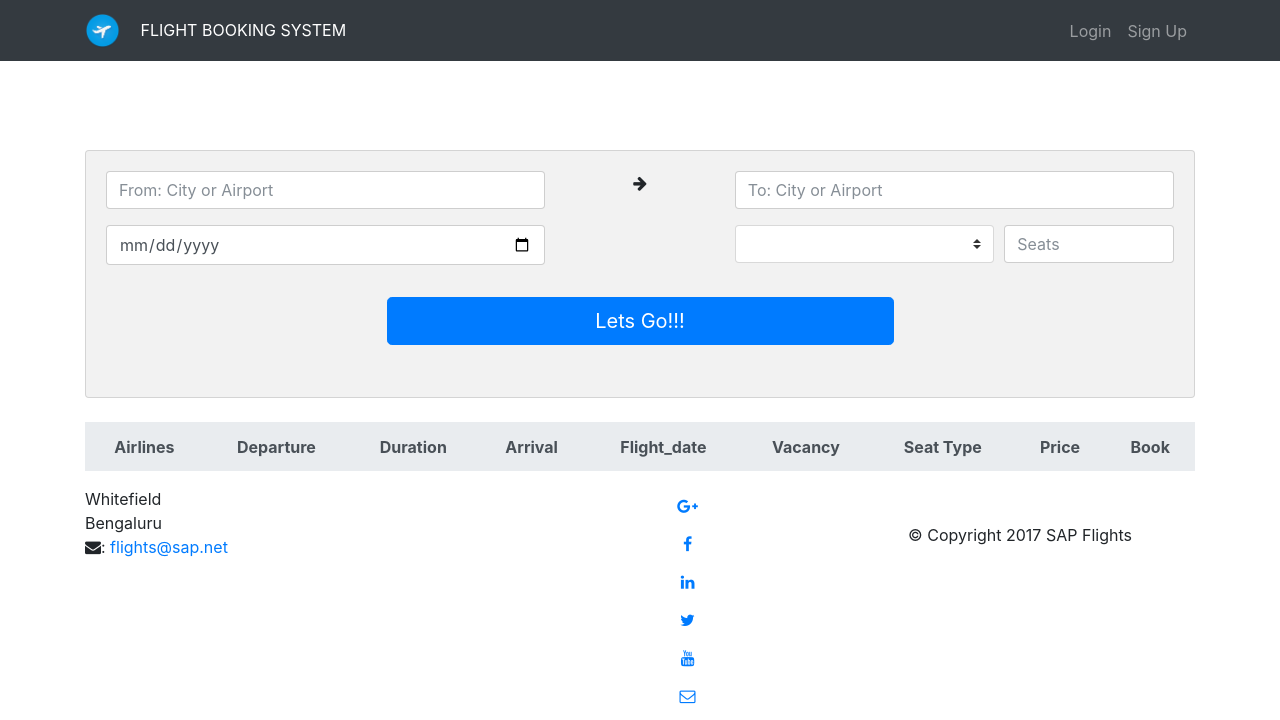
Repository: yashtatia/Spring-Practice
Page: http://localhost/FitnessTracker/WEB-INF/jsp/flightpage.jsp
The author's editor kept a copy of each file at every save. The page is drawn from the files as they stood at one save, then again after the next save.
The browser window is 1280 px wide. The pictures show the whole page.
Some web libraries are served in a nearby version. The page is served by Tomcat 9. Nobody is signed in. Other server files are loaded and not shown. The template is opened directly, without the code that normally fills it, so the values that code supplies are empty.

Above is the page before, as saved 2017-09-05 20:27:40.

### FitnessTracker/src/main/webapp/WEB-INF/jsp/flightpage.jsp
<%@ taglib prefix="c" uri="http://java.sun.com/jsp/jstl/core"%>
<%@ taglib prefix="form" uri="http://www.springframework.org/tags/form" %>
<%@ taglib prefix="spring" uri="http://www.springframework.org/tags" %>

	<jsp:include page="header.jsp" />

	<style type="text/css">
		.table td, .table th {
			text-align: center;
			align-items: center;
			align-content: center;
		}
		table:hover {
			border-color:  #808080;
			border-top-width: 1 px;
		}
	</style>


	<div class="container" style="margin-top:150px;">
		<div class="card" style="background-color: #f2f2f2;" >
			<div class="card-body">
				<form:form modelAttribute="flightSearch" method="POST" >
					<div class="form-row">
						<div class="form-group col-md-5">
								<form:input path="source_airport" class="input-large form-control" type="text" placeholder="From: City or Airport" name="source_id" id="source_id" value="${flightSearch.source_airport}" />
						</div>
						<div class="form-group col-md-2">
							<div id="city_reverse" align="center" style="cursor:pointer;">
								<i class="fa fa-arrow-right" aria-hidden="true"></i>
							</div>
						</div>
						<div class="form-group col-md-5">
								<form:input path="destination_airport" class="input-large form-control" type="text" placeholder="To: City or Airport" name="destination_id" id="destination_id" value="${flightSearch.destination_airport}" />
						</div>
					</div>
					<div class="form-row">
						<div class="form-group col-md-5">
							<form:input path="flight_date" class="input-large form-control" type="date" name="flight_date" data-date-inline-picker="true" value="${flightSearch.flight_date}"/>
						</div>
						<div class="col-md-2">

						</div>
						<div class="col-md-3 form-group">
								<form:select id="seat_classes" path="seat_class" class="custom-select mb-2 mr-sm-2 mb-sm-0 form-control" name="seat_type" value="${flightSearch.seat_class}">
									<form:options items="${seats}" itemLabel="description" itemValue="seat_type"/>
								</form:select>
						</div>
						<div class="col-md-2 form-group">
							<form:input path="seats" class="input-large form-control" type="number" name="seats" data-date-inline-picker="true" placeholder="Seats" value="${flightSearch.seats}" min="1"/>
						</div>
					</div>

					<div class="form-row">
						<div class="form-group col-md-6 mx-auto p-3">
							<button type="submit" class="btn btn-lg btn-block btn-primary" name="flightSearchFormSubmit" value="SEARCH">Lets Go!!!</button>
						</div>
					</div>
				</form:form>
			</div>
		</div>
	</div>
	<div class="container">
		<br/>
		<div class="row row-content">
			<div class="col-lg-12 " >
				<table class="table table-striped table-hover">
					<tr class="thead-default">
						<th>Airlines</th>
						<th>Departure</th>
						<th>Duration</th>
						<th>Arrival</th>
						<th>Flight_date</th>
						<th>Vacancy</th>
						<th>Seat Type</th>
						<th>Price</th>
						<th>Book</th>
					</tr>
					<c:forEach items="${flightsReport}" var="flightReport">
						<tr>
							<td>${flightReport.carrier.carrier_name}</td>
							<td>
								<table style="border: none; padding: none;" >
									<tr>
										<td>${flightReport.departure.airport_id} ${flightReport.departure_time}</td>
									</tr>
									<tr>
										<td>${flightReport.departure.airport_name}, India</td>
									</tr>
								</table>
							</td>
							<td>${flightReport.duration}</td>
							<td>
								<table style="border: none; padding-left: 2px:;">
									<tr>
										<td>${flightReport.arrival.airport_id} ${flightReport.arrival_time}</td>
									</tr>
									<tr>
										<td>${flightReport.arrival.airport_name}, India</td>
									</tr>
								</table>
							</td>
							<td>${flightReport.flight_date}</td>
							<td>${flightReport.vacancy}</td>
							<td>${flightReport.seat_type.description}</td>
							<td>${flightReport.price}</td>

							<form:form modelAttribute="flightSelected" action="flightWeWishToFly.html" method="POST">
								<form:hidden path="flight_id" value="${flightReport.flight_id}" />
								<form:hidden path="route_id" value="${flightReport.route_id}" />
								<form:hidden path="departure_id" value="${flightReport.departure.airport_id}" />
								<form:hidden path="departure" value="${flightReport.departure.airport_name}" />
								<form:hidden path="arrival_id" value="${flightReport.arrival.airport_id}" />
								<form:hidden path="arrival" value="${flightReport.arrival.airport_name}" />
								<form:hidden path="user_air_miles" value="${userForm.air_miles}" />
								<form:hidden path="airline" value="${flightReport.carrier.carrier_name}" />
								<form:hidden path="flight_date" value="${flightReport.flight_date}" />
								<form:hidden path="departure_time" value="${flightReport.departure_time}" />
								<form:hidden path="arrival_time" value="${flightReport.arrival_time}" />
								<form:hidden path="duration" value="${flightReport.duration}" />
								<form:hidden path="price" value="${flightReport.price}" />
								<form:hidden path="seat_class" value="${flightReport.seat_type.description}" />
								<form:hidden path="seat_class_abbrev" value="${flightReport.seat_type.seat_type}" />
								<form:hidden path="seats" value="${flightSearch.seats}" />
								<td><button type="submit" class="btn btn-large btn-warning">Book Now</button></td>
							</form:form>

						</tr>
					</c:forEach>
				</table>

			</div>
		</div>
	</div>
	<jsp:include page="footer.jsp" />

	<script type="text/javascript">
		$(document).ready(function(){
			$("#city_reverse").on("click" , function(){
				var source = $("#source_id").val();
				var destination = $("#destination_id").val();
				$("#source_id").val(destination);
				$("#destination_id").val(source);
			});

			$("#city_reverse").mouseenter(function(){
				$("#city_reverse > span").removeClass("fa fa-arrow-right");
				$("#city_reverse > span").addClass("fa fa-arrow-left");
			});
			$("#city_reverse").mouseleave(function(){
				$("#city_reverse > span").removeClass("fa fa-arrow-left");
				$("#city_reverse > span").addClass("fa fa-arrow-right");
			});
		});
	</script>
<!-- 	<script type="text/javascript">
		$(document).ready(
			function() {
				$.getJSON('<spring:url value="seat_classes.json"/>', {
					ajax : 'true'
				}, function(data){
					var html = '<option value="">--Please select one--</option>';
					var len = data.length;
					for (var i = 0; i < len; i++) {
						html += '<option value="' + data[i].seat_type + '">'
								+ data[i].description + '</option>';
					}
					html += '</option>';

					$('#seat_classes').html(html);
				});

			});

	</script> -->
	<script type="text/javascript">
		$( function() {
			console.log( "document Ready!" );

			// $('#source_id').autocomplete("flightSearchHelpAjax.jsp");
			// $(this.target).find('source_id').autocomplete({
			$("#source_id").autocomplete({
				source: function (request, response) {
		            $.getJSON('<spring:url value="flightAjax.json"/>', request, function(result) {
		                response($.map(result, function(item) {
		                    return {
		                        // following property gets displayed in drop down
		                        value: item.airport_id + " - " + item.airport_name ,
		                        // following property gets entered in the textbox
		                        data: item.airport_id,
		                        // following property is added for our own use
		                    };
		                }));
		            });
		        },
		        minLength:2,
		        delay:100
			});
			$('#destination_id').autocomplete({
				source: function (request, response) {
		            $.getJSON('<spring:url value="flightAjax.json"/>', request, function(result) {
		                response($.map(result, function(item) {
		                    return {
		                        // following property gets displayed in drop down
		                        //label: item.airport_id,
		                        value: item.airport_id + " - " + item.airport_name ,
		                        // following property gets entered in the textbox
		                        data: item.airport_id,

		                    };
		                }));
		            });
		        },
		        minLength:2,
		        delay:100
			});
		});
	</script>

### FitnessTracker/src/main/webapp/WEB-INF/jsp/header.jsp
<%@ taglib prefix="c" uri="http://java.sun.com/jsp/jstl/core"%>
<%@ taglib prefix="form" uri="http://www.springframework.org/tags/form" %>
<%@ taglib prefix="spring" uri="http://www.springframework.org/tags" %>
<!DOCTYPE html>
<html>
<head>
	<meta charset="utf-8">
    <meta http-equiv="X-UA-Compatible" content="IE=edge">
    <meta name="viewport" content="width=device-width, initial-scale=1, shrink-to-fit=no">
	<title>Search Flights</title>
	<link rel="stylesheet" href="https://maxcdn.bootstrapcdn.com/bootstrap/4.0.0-beta/css/bootstrap.min.css" integrity="sha384-/Y6pD6FV/Vv2HJnA6t+vslU6fwYXjCFtcEpHbNJ0lyAFsXTsjBbfaDjzALeQsN6M" crossorigin="anonymous">
	<link href="https://maxcdn.bootstrapcdn.com/font-awesome/4.7.0/css/font-awesome.min.css" rel="stylesheet">
	<link rel="stylesheet" type="text/css" href="assets/css/jquery-ui.css">
</head>
<body>

	 <nav class="navbar navbar-expand-md navbar-dark bg-dark fixed-top">
            <div class="container">
                <div class="navbar-header">
	                <span><a class="navbar-brand" href="index.jsp"><img src="assets/img/sap.png" height=35 width=35></a></span>
	                <span style="color: white;">FLIGHT BOOKING SYSTEM</span>
                </div>

                <c:choose>
    				<c:when test="${not logInForm.loggedIn || logInForm == null}">
                       <ul class="navbar-nav bd-navbar-nav" style="cursor: pointer;">
	                        <li class="nav-item"><a class="nav-link" data-toggle="modal" data-target="#loginModal" id="login"><span class="glyphicon glyphicon-log-in"></span> Login</a></li>
	                        <li class="nav-item"><a class="nav-link" href="signUp.html"><span class="glyphicon glyphicon-log-in"></span> Sign Up</a></li>
	                    </ul>
	    			</c:when>
	    			<c:otherwise>
	                    <ul class="navbar-nav bd-navbar-nav" style="cursor: pointer;">
	                        <li class="nav-item dropdown">
	                            <a href="#" class="nav-link dropdown-toggle" data-toggle="dropdown"
	                             role="button" aria-haspopup="true" aria-expanded="false" style="color: white; ">
	                             <i class="fa fa-user-o" aria-hidden="true"></i>  ${userForm.fname} ${userForm.lname} <span class="caret"></span></a>
	                            <ul class="dropdown-menu">
	                                <li><a class="dropdown-item" href="#">Your Miles : ${userForm.air_miles}</a></li>
	                                <li><a class="dropdown-item" href="myBookings.html">MyBookings</a></li>
	                                <li><a class="dropdown-item" href="logout.html">Logout</a></li>
	                            </ul>
	                        </li>
	                    </ul>
	                </c:otherwise>
                </c:choose>


                </div>
        </nav>

    <c:if test="${logInForm.loggedIn == false || logInForm == null}">

	    <div id="loginModal" class="modal fade " role="dialog" aria-labelledby="loginModal" aria-hidden="true">
	        <div class="modal-dialog" style="max-width: 650px !important;">
	        <!-- Modal content-->
	        <div class="modal-content">
	            <div class="modal-header">
	                <h5 class="modal-title" id="exampleModalLabel">Login</h5>
			     	   <button type="button" class="close" data-dismiss="modal" aria-label="Close">
			        	  <span aria-hidden="true">&times;</span>
			       	 </button>
	            </div>
		        <div class="modal-body">
		            <form:form modelAttribute="logInForm" class="form-inline" id="loginForm" action="logIn.html" method="POST">
		                <div class="form-group">
		                    <label class="sr-only" for="InputEmail">Email address</label>
		                    <form:input path="username" type="email" class="form-control" id="Email" placeholder="Email" name="email" />
		                </div>
		                <div class="form-group mx-sm-3">
		                    <label class="sr-only" for="Password">Password</label>
		                    <form:input path="password" type="password" class="form-control" id="Password" placeholder="Password" name="password" />
		                </div>

	            		<div class="form-group mx-sm-3">
	            			<button type="button" class="btn btn-default btn-danger pull-right" data-dismiss="modal">Cancel</button>
		                	<button type="submit" class="btn btn-default btn-info pull-right">Sign in</button>
	            		</div>


	            	</form:form>
				</div>

	        </div>
	        </div>
	    </div>

    </c:if>

### FitnessTracker/src/main/webapp/WEB-INF/jsp/footer.jsp

	<footer class="row-footer">
        <div class="container">
            <div class="row">

                <div class="col-md-5"">
                    <address>
		              Whitefield<br>
		              Bengaluru<br>
		              <i class="fa fa-envelope"></i>:
                         <a href="mailto:flights@sap.net">
                         flights@sap.net</a>
                    </address>
                </div>
                <div class="col-md-3 ">
                    <div class="nav navbar-nav">
                        <a class="btn btn-social-icon btn-google-plus" href="http://google.com/+"><i class="fa fa-google-plus"></i></a>
                        <a class="btn btn-social-icon btn-facebook" href="http://www.facebook.com/profile.php?id="><i class="fa fa-facebook"></i></a>
                        <a class="btn btn-social-icon btn-linkedin" href="http://www.linkedin.com/in/"><i class="fa fa-linkedin"></i></a>
                        <a class="btn btn-social-icon btn-twitter" href="http://twitter.com/"><i class="fa fa-twitter"></i></a>
                        <a class="btn btn-social-icon btn-youtube" href="http://youtube.com/"><i class="fa fa-youtube"></i></a>
                        <a class="btn btn-social-icon" href="mailto:"><i class="fa fa-envelope-o"></i></a>
                    </div>
                </div>
                <div class="col-md-4">
                    <p style="padding:10px;"></p>
                    <p align=center> &copy; Copyright 2017 SAP Flights</p>
                </div>
            </div>
        </div>
    </footer>




<script src="https://code.jquery.com/jquery-3.2.1.slim.min.js" integrity="sha384-KJ3o2DKtIkvYIK3UENzmM7KCkRr/rE9/Qpg6aAZGJwFDMVNA/GpGFF93hXpG5KkN" crossorigin="anonymous"></script>
<script type="text/javascript" src="http://code.jquery.com/jquery-3.2.1.min.js"></script>
<script type="text/javascript" src="assets/js/jquery-ui.min.js"></script>
<script src="https://cdnjs.cloudflare.com/ajax/libs/popper.js/1.11.0/umd/popper.min.js" integrity="sha384-b/U6ypiBEHpOf/4+1nzFpr53nxSS+GLCkfwBdFNTxtclqqenISfwAzpKaMNFNmj4" crossorigin="anonymous"></script>
<script src="https://maxcdn.bootstrapcdn.com/bootstrap/4.0.0-beta/js/bootstrap.min.js" integrity="sha384-h0AbiXch4ZDo7tp9hKZ4TsHbi047NrKGLO3SEJAg45jXxnGIfYzk4Si90RDIqNm1" crossorigin="anonymous"></script>

<script>
        $().button('toggle');
        $(document).ready(function(){
            $("#login").click(function(){
                console.log("yo!");
                $("#loginModal").modal();
            });
        });

        $(document).ready(function(){
            $("#table").click(function(){
                $("#tableModal").modal();
            });
        });
</script>
</body>
</html>

Loaded but not shown: FitnessTracker/src/main/webapp/assets/css/jquery-ui.css (library); FitnessTracker/src/main/webapp/assets/js/jquery-ui.min.js (library)

After the next save:
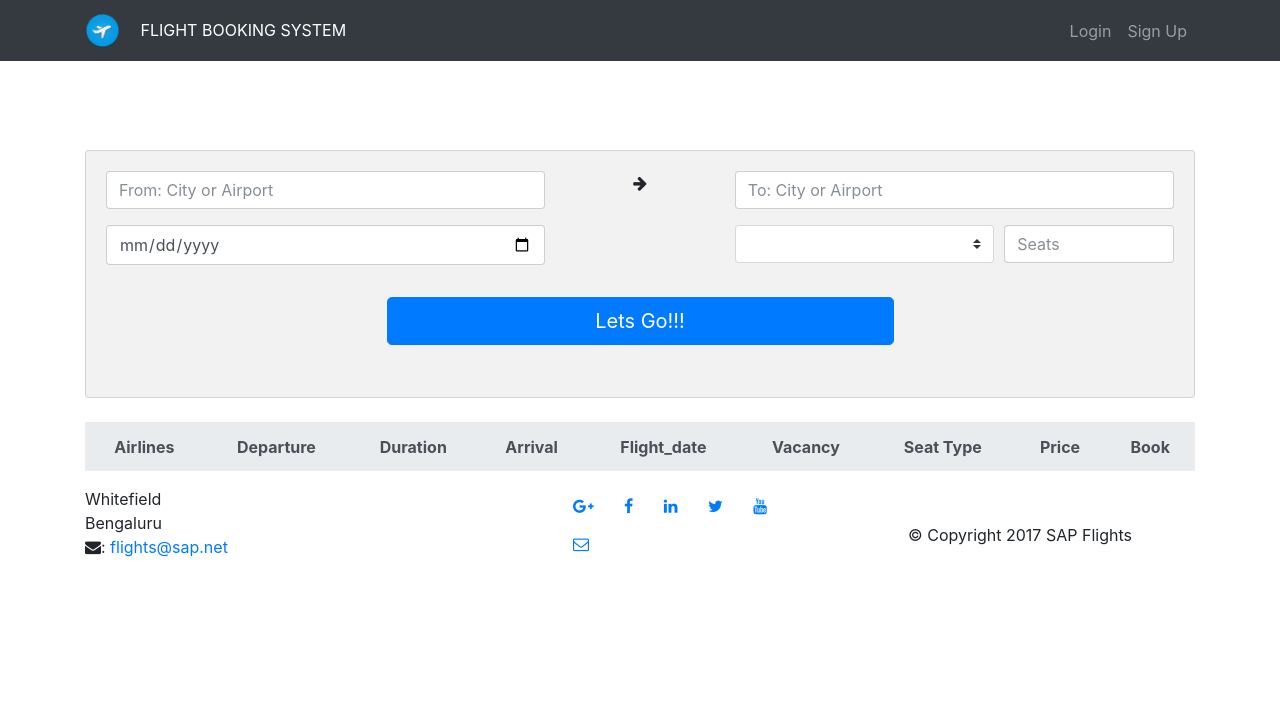
Saved 46 s later.
--- a/FitnessTracker/src/main/webapp/WEB-INF/jsp/footer.jsp
+++ b/FitnessTracker/src/main/webapp/WEB-INF/jsp/footer.jsp
@@ -13,7 +13,7 @@
                     </address>
                 </div>
                 <div class="col-md-3 ">
-                    <div class="nav navbar-nav">
+                    <div >
                         <a class="btn btn-social-icon btn-google-plus" href="http://google.com/+"><i class="fa fa-google-plus"></i></a>
                         <a class="btn btn-social-icon btn-facebook" href="http://www.facebook.com/profile.php?id="><i class="fa fa-facebook"></i></a>
                         <a class="btn btn-social-icon btn-linkedin" href="http://www.linkedin.com/in/"><i class="fa fa-linkedin"></i></a>
